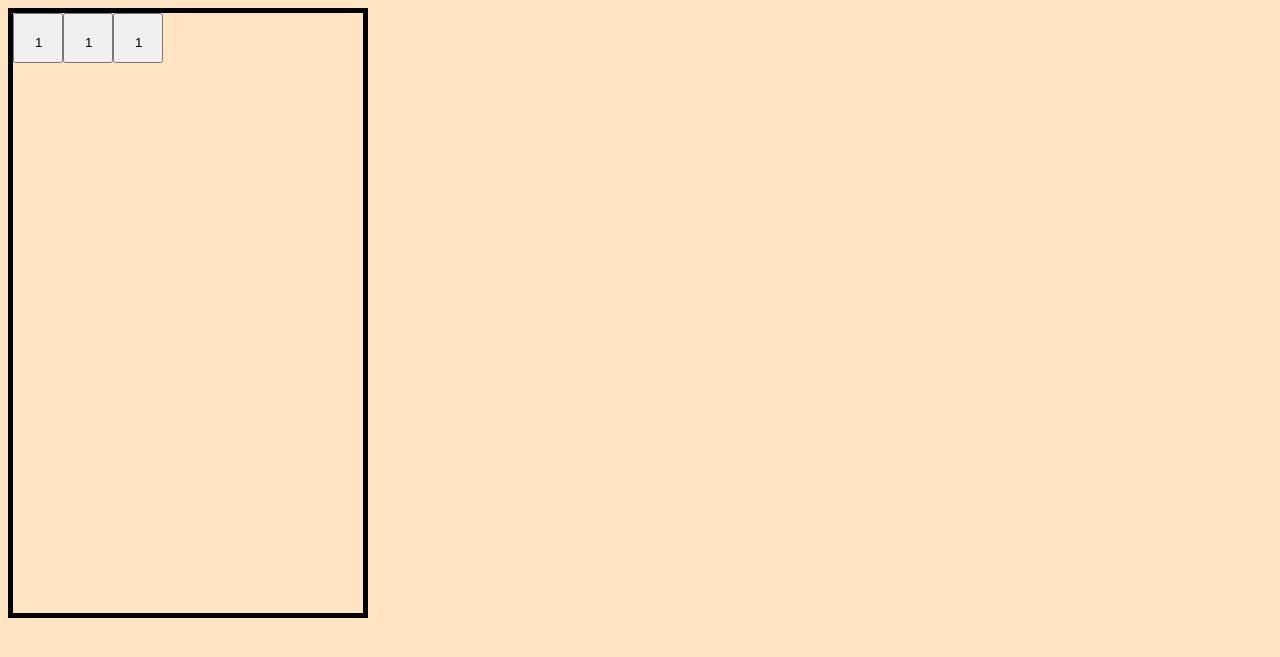
Repository: noahcallen/LAB-calculator
Page: index.html
These files come from the project's save history. The page is drawn as it stood at one moment and after the next save; the edit follows.
The browser window is 1280 px wide. The pictures show the whole page.

Above is the page before, as saved 2024-07-10 18:50:44.

### index.html
<!DOCTYPE html>
<html lang="en">
<head>
  <meta charset="UTF-8">
  <meta name="viewport" content="width=device-width, initial-scale=1.0">
  <title>Document</title>
  <link rel="stylesheet" href="main.css">
  <meta name="viewport" content="width=device-width, initial-scale=1">
</head>
<body>
  <div class="container">
    <div class="row">
      <div class="col">
        <button type="button" class="btn btn-primary">1</button>
      </div>
      <div class="col">
        <button type="button" class="btn btn-primary">1</button>
      </div>
      <div class="col">
        <button type="button" class="btn btn-primary">1</button>
      </div>
      <!-- <div class="col">
        <button type="button" class="btn btn-primary">1</button>
      </div>
      <div class="col">
        <button type="button" class="btn btn-primary">1</button>
      </div>
      <div class="col">
        <button type="button" class="btn btn-primary">1</button>
      </div>
      <div class="col">
        <button type="button" class="btn btn-primary">1</button>
      </div>
      <div class="col">
        <button type="button" class="btn btn-primary">1</button>
      </div>
      <div class="col">
        <button type="button" class="btn btn-primary">1</button>
      </div>
      <div class="col">
        <button type="button" class="btn btn-primary">1</button>
      </div>
      <div class="col">
        <button type="button" class="btn btn-primary">1</button>
      </div>
      <div class="col">
        <button type="button" class="btn btn-primary">1</button>
      </div>
      <div class="col">
        <button type="button" class="btn btn-primary">1</button>
      </div>
      <div class="col">
        <button type="button" class="btn btn-primary">1</button>
      </div>
      <div class="col">
        <button type="button" class="btn btn-primary">1</button>
      </div>
      <div class="col">
        <button type="button" class="btn btn-primary">1</button>
      </div>
      <div class="col">
        <button type="button" class="btn btn-primary">1</button>
      </div>
      <div class="col">
        <button type="button" class="btn btn-primary">1</button>
      </div>
      <div class="col">
        <button type="button" class="btn btn-primary">1</button>
      </div> -->
  </div>

  </div>



  <script src="main.js"></script>
  <!-- import js bootstrap -->
  <script src="https://cdn.jsdelivr.net/npm/bootstrap@5.3.3/dist/js/bootstrap.bundle.min.js" integrity="sha384-YvpcrYf0tY3lHB60NNkmXc5s9fDVZLESaAA55NDzOxhy9GkcIdslK1eN7N6jIeHz" crossorigin="anonymous"></script>
</body>
</html>

### main.css
body {
  background-color: bisque;
}

.container {
  /* display: flex;
  justify-content: center; */
  border: solid 5px black;
  height: 600px;
  width: 350px;
}

.btn-primary {
  display: flex;
  flex-wrap: wrap;
  height: 50px;
  width: 50px;
  padding: 20px;
}

.row {
  display: flex;
  flex-wrap: wrap;
}

Loaded but not shown: main.js (no stored copy; drawn as an empty file)

After the next save:
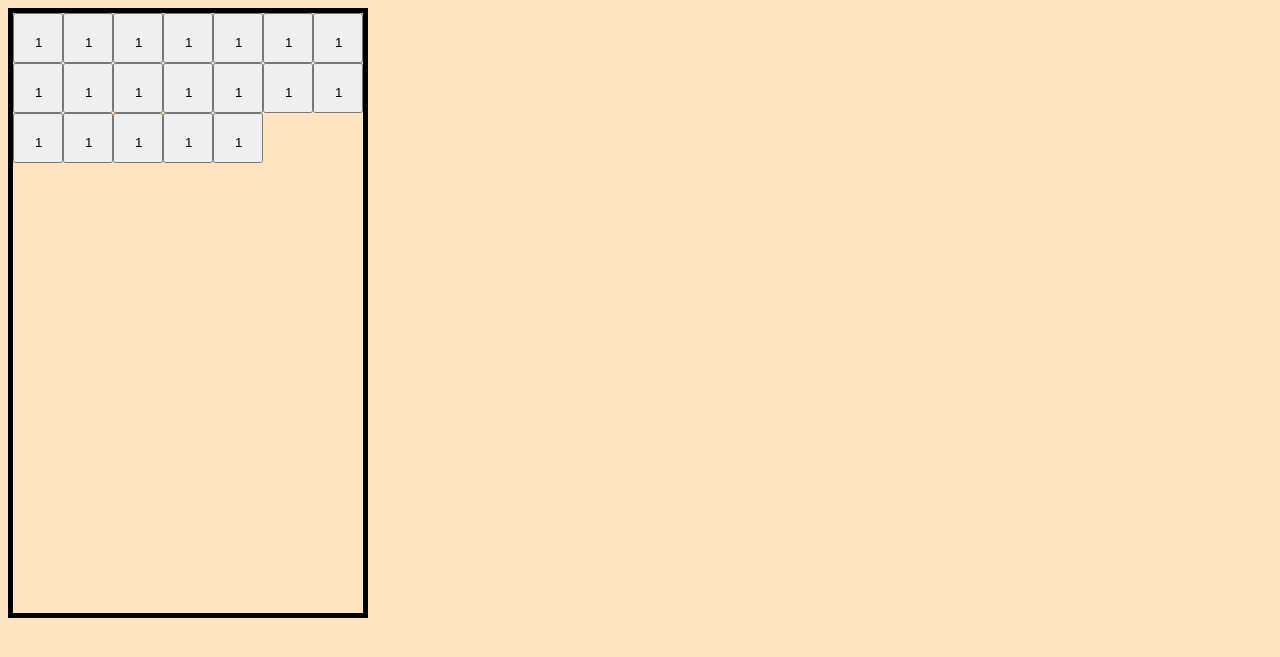
Saved 27 s later.
--- a/index.html
+++ b/index.html
@@ -11,15 +11,6 @@
   <div class="container">
     <div class="row">
       <div class="col">
-        <button type="button" class="btn btn-primary">1</button>
-      </div>
-      <div class="col">
-        <button type="button" class="btn btn-primary">1</button>
-      </div>
-      <div class="col">
-        <button type="button" class="btn btn-primary">1</button>
-      </div>
-      <!-- <div class="col">
         <button type="button" class="btn btn-primary">1</button>
       </div>
       <div class="col">
@@ -66,7 +57,16 @@
       </div>
       <div class="col">
         <button type="button" class="btn btn-primary">1</button>
-      </div> -->
+      </div>
+      <div class="col">
+        <button type="button" class="btn btn-primary">1</button>
+      </div>
+      <div class="col">
+        <button type="button" class="btn btn-primary">1</button>
+      </div>
+      <div class="col">
+        <button type="button" class="btn btn-primary">1</button>
+      </div>
   </div>
 
   </div>
